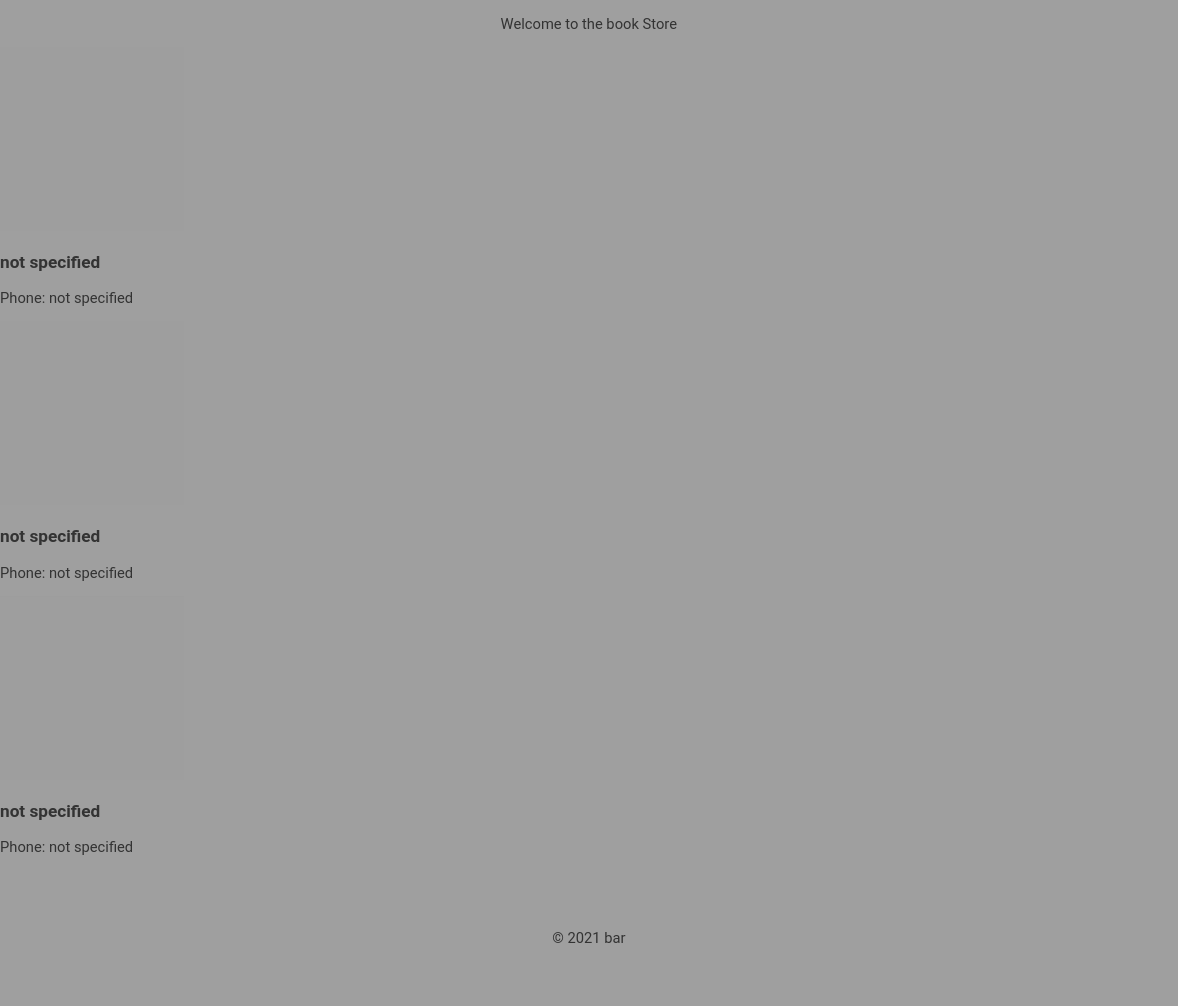
Repository: Axe33ile/React_JS
Page: / (app in book/)
An editor plug-in stored every save of this project. The page is shown before and after the next save, followed by the edit.
The browser window is 1280 px wide. The pictures show the whole page, at 92% of full size.
Pictures or frames that could not be fetched are drawn as grey boxes. The project was rebuilt for these pictures with package versions that can differ from the ones it lists, and the page was loaded fresh each time.

Above is the page before, as saved 2021-04-24 00:00:15.

### book/public/index.html
<!DOCTYPE html>
<html lang="en">
  <head>
    <meta charset="utf-8" />
    <link rel="icon" href="%PUBLIC_URL%/favicon.ico" />
    <meta name="viewport" content="width=device-width, initial-scale=1" />
    <meta name="theme-color" content="#000000" />
    <meta
      name="description"
      content="Web site created using create-react-app"
    />
    <link rel="apple-touch-icon" href="%PUBLIC_URL%/logo192.png" />
    <!--
      manifest.json provides metadata used when your web app is installed on a
      user's mobile device or desktop. See https://developers.google.com/web/fundamentals/web-app-manifest/
    -->
    <link rel="manifest" href="%PUBLIC_URL%/manifest.json" />
    <!--
      Notice the use of %PUBLIC_URL% in the tags above.
      It will be replaced with the URL of the `public` folder during the build.
      Only files inside the `public` folder can be referenced from the HTML.

      Unlike "/favicon.ico" or "favicon.ico", "%PUBLIC_URL%/favicon.ico" will
      work correctly both with client-side routing and a non-root public URL.
      Learn how to configure a non-root public URL by running `npm run build`.
    -->
    <title>book store</title>
  </head>
  <body>
    <noscript>You need to enable JavaScript to run this app.</noscript>
    <div id="root"></div>
    <!--
      This HTML file is a template.
      If you open it directly in the browser, you will see an empty page.

      You can add webfonts, meta tags, or analytics to this file.
      The build step will place the bundled scripts into the <body> tag.

      To begin the development, run `npm start` or `yarn start`.
      To create a production bundle, use `npm run build` or `yarn build`.
    -->
  </body>
</html>

### book/src/index.js
/****************************
 ** IMPORT LIBRARIES
 ****************************/

import React from "react";
import ReactDOM from "react-dom";

//import our css
import "./index.css";

//import components
import App from "./components/App/App";

/*********************
 * * SHOW COMPONENTS
 ********************/

ReactDOM.render(<App />, document.getElementById("root"));

### book/src/index.css
* {
  box-sizing: border-box;
}

/* postcss-normalize is installed on project creation */
/* see https://create-react-app.dev/docs/adding-css-reset/ */
@import-normalize; /* bring in normalize.css styles */
/* @import 'normalize.css'; */

body {
  margin: 0;
  font-family: "Roboto", sans-serif;
  -webkit-font-smoothing: antialiased;
  -moz-osx-font-smoothing: grayscale;
  background: rgba(92, 92, 92, 0.589);
  color: #333;
}

/****************************************
 * * APP
 *****************************************/

.app {
  min-height: 100vh;
  display: flex;
  flex-direction: column;
  width: min(80%, 1000px);
  margin: 0 auto;
}

.main-heading {
  text-align: center;
}


footer {
  padding: 4em;
  text-align: center;
}

.main {
  flex: 1;
}

.main > p {
  margin-bottom: 2rem;
  text-align: center;
}

.book {
  display: flex;
  flex-wrap: wrap;
  justify-content: center;
  padding: 2rem 0;
  box-shadow: 0 0 25px 0 rgba(0, 0, 0, 0.7);
}

.book {
  margin: 1rem;
}

### book/src/components/App/App.js
/*****************************************
 * * IMPORT LIBRARIES
 *****************************************/

//react libraries
import React from "react";

//import components
import Header from "../header/Header";
import Main from "../main/Main";
import Footer from "../footer/Footer";

/*****************************************
 * * COMPONENT
 *****************************************/

const App = () => {
  let date = new Date();
  let name = "bar";
  return (
    <div>
      <Header />
      <Main />
      <Footer year={date.getFullYear()} name={name} />
    </div>
  );
};

export default App;

### book/src/components/header/Header.js
/*****************************************
 * * IMPORT LIBRARIES
 *****************************************/

//react library
import React from "react";

/*****************************************
 * * COMPONENT
 *****************************************/

const Header = () => {
  return (
    <div>
      <p className="main-heading">Welcome to the book Store</p>
    </div>
  );
};

export default Header;

### book/src/components/main/Main.js
/**************************
 * *IMPORT Libraries
 *************************/

import React from "react";

import Book from '../book/Book'

/*************************
 * *IMPORT COMPONENTS
 *************************/

const Main = () => {
  return (
    <div>
      <Book
        titleBook="abaab"
        imgSrc="https://pbs.twimg.com/profile_images/678198768660008960/ymtWhQi8_200x200.png"
        detail="kukumuku"
      />

      <Book
        titleBook="abaab"
        imgSrc="https://pbs.twimg.com/profile_images/678198768660008960/ymtWhQi8_200x200.png"
        detail="kukumuku"
      />

      <Book
        titleBook="abaab"
        imgSrc="https://pbs.twimg.com/profile_images/678198768660008960/ymtWhQi8_200x200.png"
        detail="kukumuku"
      />
    </div>
  );
};

export default Main;

### book/src/components/footer/Footer.js
/*********************
 * Import libraries
 ********************/

import React from "react";

/****************
 * *das
 ****************/

const Footer = (props) => {
  return (
    <footer className="footer">
      &copy; {props.year} {props.name}
    </footer>
  );
};

export default Footer;

### book/src/components/book/Book.js
/*********************
 * import libraries
 **********************/

import React from "react";

/*********************
 * *Components
 *********************/

let Book = (props) => {
  const details = props.details;
  return (
    <div className="Book">
      <img src={details.imgSrc} alt={props.details.alt} />
      <h3>{details.name}</h3>
      <p>Phone: {details.phone}</p>
      <p style={{ display: details.email ? "block" : "none" }}>
        Email: {details.email}
      </p>
    </div>
  );
};

// in case some field is not sent to props,
// it will take the value from defaultProps
Book.defaultProps = {
  details: {
    imgSrc: "http://i.pravatar.cc/200?img=20",
    alt: "#",
    name: "not specified",
    phone: "not specified",
    email: "",
  },
};

export default Book;

After the next save:
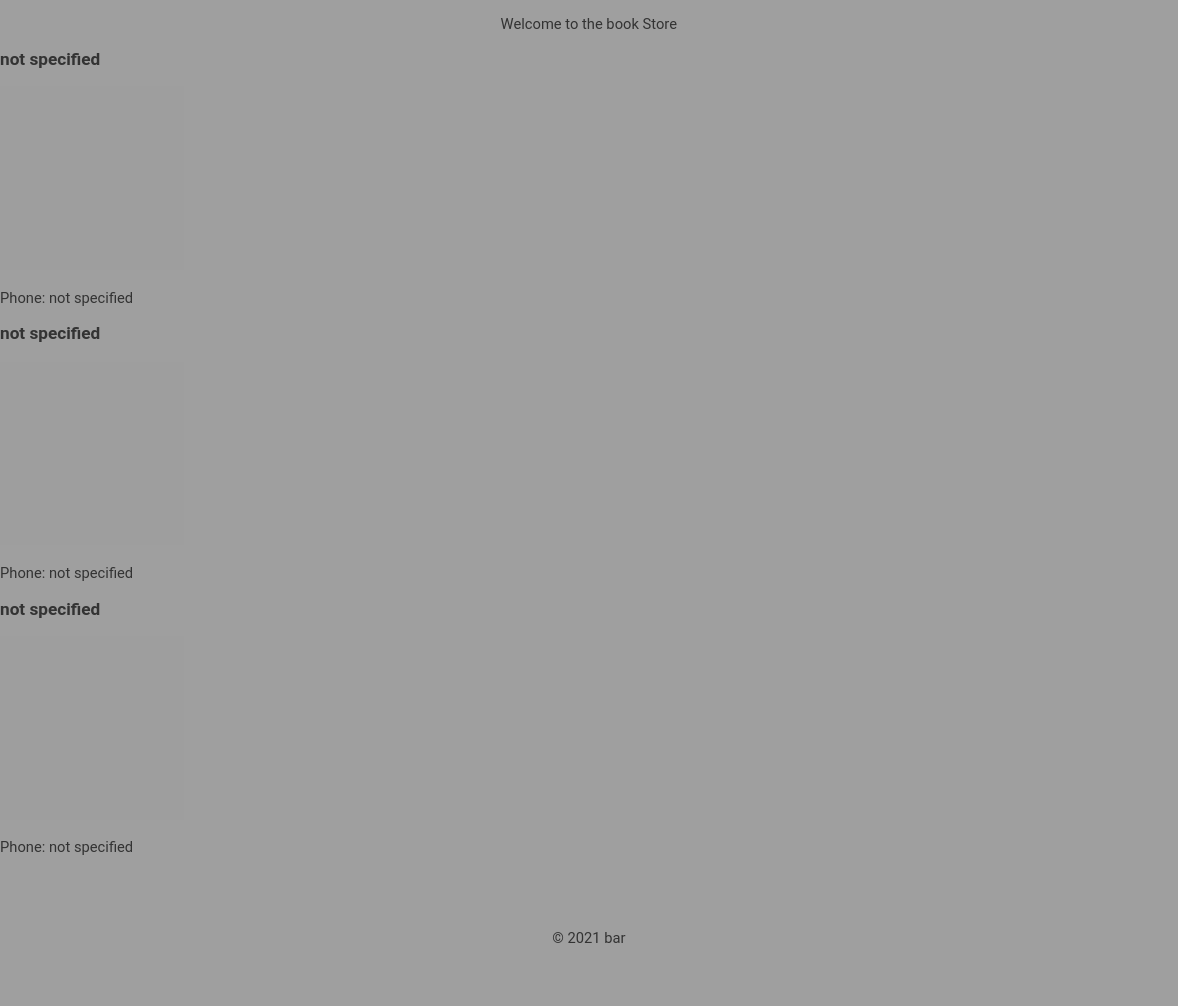
Saved 18 s later.
--- a/book/src/components/book/Book.js
+++ b/book/src/components/book/Book.js
@@ -12,8 +12,8 @@
   const details = props.details;
   return (
     <div className="Book">
+      <h3>{details.name}</h3>
       <img src={details.imgSrc} alt={props.details.alt} />
-      <h3>{details.name}</h3>
       <p>Phone: {details.phone}</p>
       <p style={{ display: details.email ? "block" : "none" }}>
         Email: {details.email}
